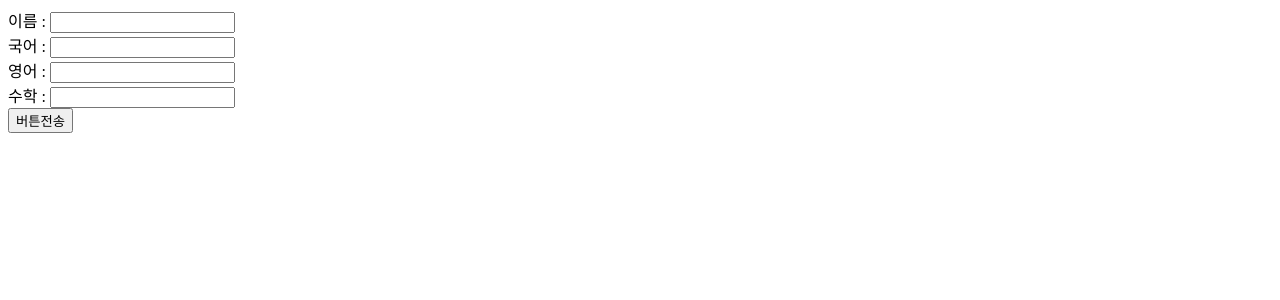
Repository: LEENYAMNYAM/JSP
Page: http://localhost/JSP_Project/exam/scoreinput_jquery.jsp
These files come from the project's save history. The page is drawn as it stood at one moment and after the next save; the edit follows.
The browser window is 1280 px wide. The pictures show the whole page.
The page is served by Tomcat 9.

Above is the page before, as saved 2025-02-27 03:10:12.

After the next save:
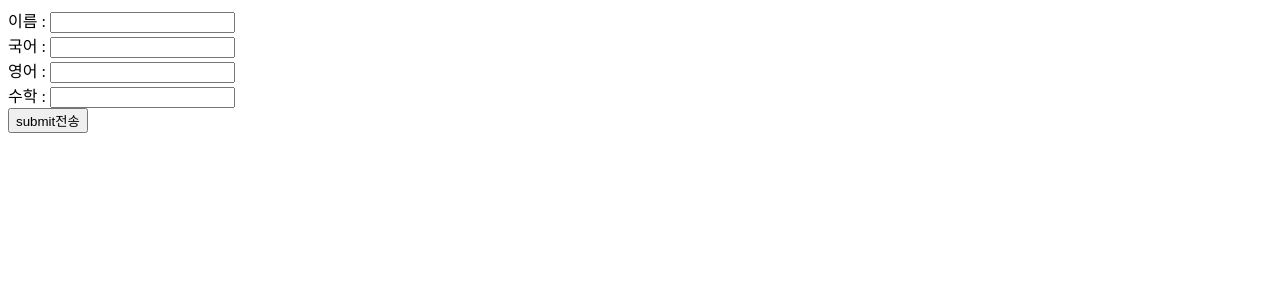
Saved 111 s later.
--- a/JSP_Project/src/main/webapp/exam/scoreinput_jquery.jsp
+++ b/JSP_Project/src/main/webapp/exam/scoreinput_jquery.jsp
@@ -36,12 +36,13 @@
 </head>
 <body>
 
-<form action='scoreResult.jsp' id="frm" name="frm">
+<!-- onsubmit을 활용하면 submit타입도 사용가능 -->
+<form action='scoreResult.jsp' id="frm" onsubmit="return check()">
 	이름 : <input type='text' id="name" name='name'></br>
 	국어 : <input type="text" id="kor" name='kor'></br>
 	영어 : <input type="text" id="eng" name='eng'></br>
 	수학 : <input type="text" id="math" name='math'></br>
-	<input type='submit' value='버튼전송' onclick="check()"/>
+	<input type='submit' value='submit전송' />
 
 </form>
 
